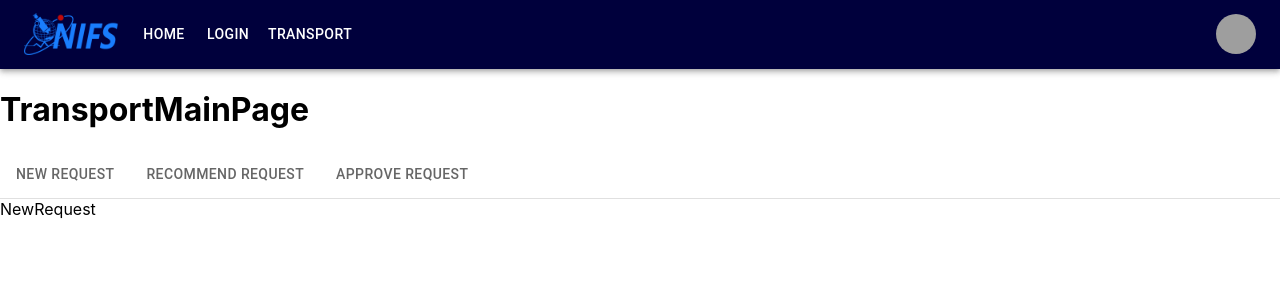
Repository: Ravindu97/NIFS_WebApplication
Page: /transport (app in client/)
These files come from the project's save history. The page is drawn as it stood at one moment and after the next save; the edit follows.
The browser window is 1280 px wide. The pictures show the whole page.
Pictures or frames that could not be fetched are drawn as grey boxes. The project was rebuilt for these pictures with package versions that can differ from the ones it lists, and the page was loaded fresh each time. Also part of the build but not shown: client/src/pages/Home.js, client/src/pages/Login.js, client/src/components/Transport/RecommendedRequest.js, client/src/components/Transport/ApproveRequest.js.

Above is the page before, as saved 2022-06-30 20:17:53.

### client/src/index.css
body {
  margin: 0;
  font-family: -apple-system, BlinkMacSystemFont, 'Segoe UI', 'Roboto', 'Oxygen',
    'Ubuntu', 'Cantarell', 'Fira Sans', 'Droid Sans', 'Helvetica Neue',
    sans-serif;
  -webkit-font-smoothing: antialiased;
  -moz-osx-font-smoothing: grayscale;
}

:root{
  --main-navbar-back: #00003c;

}


.nav-logo{
  width: 100px;
  height: auto;
}

.main-navbar{
  background-color: var(--main-navbar-back) !important;
}

### client/src/App.js
import * as React from 'react';
import { BrowserRouter as Router, Route, Routes } from 'react-router-dom';
import Navbar from './components/shared/Navbar';
import Home from './pages/Home';
import Login from './pages/Login';
import TransportMainPage from './pages/TransportMainPage';

function App() {
	return (
		<div>
			<Router>
				<Navbar />
				<Routes>
					<Route exact path="/" element={<Home />} />
					<Route exact path="/login" element={<Login />} />
					<Route exact path="/transport/*" element={<TransportMainPage />} />
				</Routes>
			</Router>
		</div>
	);
}

export default App;

### client/src/components/shared/Navbar.js
import * as React from 'react';
import AppBar from '@mui/material/AppBar';
import Box from '@mui/material/Box';
import Toolbar from '@mui/material/Toolbar';
import IconButton from '@mui/material/IconButton';
import Typography from '@mui/material/Typography';
import Menu from '@mui/material/Menu';
import MenuIcon from '@mui/icons-material/Menu';
import Container from '@mui/material/Container';
import Avatar from '@mui/material/Avatar';
import Button from '@mui/material/Button';
import Tooltip from '@mui/material/Tooltip';
import MenuItem from '@mui/material/MenuItem';
import { Link } from 'react-router-dom';
import Logo from '../../images/nifs_logo.png';

const Navbar = () => {
	const pages = [
		{
			id: 0,
			title: 'Home',
			link: '/',
		},
		{
			id: 2,
			title: 'Login',
			link: '/login',
		},
		{
			id: 2,
			title: 'Transport',
			link: '/transport',
		},
	];

	const settings = [
		{
			id: 0,
			title: 'Home',
			link: '/',
		},
		{
			id: 2,
			title: 'Login',
			link: '/login',
		},
		{
			id: 2,
			title: 'Transport',
			link: '/transport',
		},
	];

	const [anchorElNav, setAnchorElNav] = React.useState(null);
	const [anchorElUser, setAnchorElUser] = React.useState(null);

	const handleOpenNavMenu = (event) => {
		setAnchorElNav(event.currentTarget);
	};
	const handleOpenUserMenu = (event) => {
		setAnchorElUser(event.currentTarget);
	};

	const handleCloseNavMenu = () => {
		setAnchorElNav(null);
	};

	const handleCloseUserMenu = () => {
		setAnchorElUser(null);
	};

	return (
		<AppBar position="static" className="main-navbar">
			<Container maxWidth="xl">
				<Toolbar disableGutters>
					{/* <AdbIcon sx={{ display: { xs: 'none', md: 'flex' }, mr: 1 }} /> */}
					<Box sx={{ display: { xs: 'none', md: 'flex' }, mr: 1 }}>
						<img src={Logo} alt="logo" className="nav-logo" />
					</Box>

					<Box sx={{ flexGrow: 1, display: { xs: 'flex', md: 'none' } }}>
						<IconButton
							size="large"
							aria-label="account of current user"
							aria-controls="menu-appbar"
							aria-haspopup="true"
							onClick={handleOpenNavMenu}
							color="inherit"
						>
							<MenuIcon />
						</IconButton>
						<Menu
							id="menu-appbar"
							anchorEl={anchorElNav}
							anchorOrigin={{
								vertical: 'bottom',
								horizontal: 'left',
							}}
							keepMounted
							transformOrigin={{
								vertical: 'top',
								horizontal: 'left',
							}}
							open={Boolean(anchorElNav)}
							onClose={handleCloseNavMenu}
							sx={{
								display: { xs: 'block', md: 'none' },
							}}
						>
							{pages &&
								pages.map((page) => (
									<MenuItem key={page.id} onClick={handleCloseNavMenu}>
										<Link to={page.link} style={{ textDecoration: 'none' }}>
											<Typography textAlign="center">{page.title}</Typography>
										</Link>
									</MenuItem>
								))}
						</Menu>
					</Box>

					<Box
						sx={{
							mr: 2,
							display: { xs: 'flex', md: 'none' },
							flexGrow: 1,
						}}
					>
						<img src={Logo} alt="logo" className="nav-logo" />
					</Box>

					<Box sx={{ flexGrow: 1, display: { xs: 'none', md: 'flex' } }}>
						{pages &&
							pages.map((page) => (
								<Link to={page.link} style={{ textDecoration: 'none' }}>
									<Button
										key={page.id}
										onClick={handleCloseNavMenu}
										sx={{ my: 2, color: 'white', display: 'block' }}
									>
										{page.title}
									</Button>
								</Link>
							))}
					</Box>

					<Box sx={{ flexGrow: 0 }}>
						<Tooltip title="Open settings">
							<IconButton onClick={handleOpenUserMenu} sx={{ p: 0 }}>
								<Avatar
									alt="Remy Sharp"
									src="https://images.unsplash.com/photo-1566753323558-f4e0952af115?ixlib=rb-1.2.1&ixid=MnwxMjA3fDB8MHxzZWFyY2h8MXx8bWFsZXxlbnwwfHwwfHw%3D&w=1000&q=80"
								/>
							</IconButton>
						</Tooltip>
						<Menu
							sx={{ mt: '45px' }}
							id="menu-appbar"
							anchorEl={anchorElUser}
							anchorOrigin={{
								vertical: 'top',
								horizontal: 'right',
							}}
							keepMounted
							transformOrigin={{
								vertical: 'top',
								horizontal: 'right',
							}}
							open={Boolean(anchorElUser)}
							onClose={handleCloseUserMenu}
						>
							{settings.map((setting) => (
								<MenuItem key={setting.id} onClick={handleCloseUserMenu}>
									<Typography textAlign="center">{setting.title}</Typography>
								</MenuItem>
							))}
						</Menu>
					</Box>
				</Toolbar>
			</Container>
		</AppBar>
	);
};
export default Navbar;

### client/src/pages/TransportMainPage.js
import React from 'react';
import Tabs from '@mui/material/Tabs';
import Tab from '@mui/material/Tab';
import Box from '@mui/material/Box';
import { Link } from 'react-router-dom';
import TransportNavbar from '../components/Transport/shared/TransportNavbar';
import { Route, Routes } from 'react-router-dom';
import NewRequest from '../components/Transport/NewRequest';
import RecommendedRequest from '../components/Transport/RecommendedRequest';
import ApproveRequest from '../components/Transport/ApproveRequest';

function TransportMainPage() {
	const pages = [
		{
			id: 0,
			title: 'New Request',
			link: '/transport',
		},
		{
			id: 2,
			title: 'Recommend Request',
			link: '/transport/recommend',
		},
		{
			id: 2,
			title: 'Approve Request',
			link: '/transport/approve',
		},
	];
	return (
		<div>
			<h1>TransportMainPage</h1>
			<TransportNavbar />
			<Routes>
				<Route exact path="/" element={<NewRequest />} />
				<Route exact path="/recommend" element={<RecommendedRequest />} />
				<Route exact path="/approve" element={<ApproveRequest />} />
			</Routes>
		</div>
	);
}

export default TransportMainPage;

### client/src/components/Transport/shared/TransportNavbar.js
import * as React from 'react';
import Tabs from '@mui/material/Tabs';
import Tab from '@mui/material/Tab';
import Box from '@mui/material/Box';
import { Link } from 'react-router-dom';

export default function TransportNavbar() {
	const pages = [
		{
			id: 0,
			title: 'New Request',
			link: '/transport',
		},
		{
			id: 2,
			title: 'Recommend Request',
			link: '/transport/recommend',
		},
		{
			id: 2,
			title: 'Approve Request',
			link: '/transport/approve',
		},
	];

	return (
		<Box sx={{ width: '100%' }}>
			<Box sx={{ borderBottom: 1, borderColor: 'divider' }}>
				<Tabs>
					{pages &&
						pages.map((page) => (
							<Tab
								key={page.id}
								label={page.title}
								value={page.link}
								component={Link}
								to={page.link}
							/>
						))}
				</Tabs>
			</Box>
		</Box>
	);
}

### client/src/components/Transport/NewRequest.js
import React from 'react';

function NewRequest() {
	return <div>NewRequest</div>;
}

export default NewRequest;

Loaded but not shown: client/src/index.js (common file); client/src/reportWebVitals.js (common file)

After the next save:
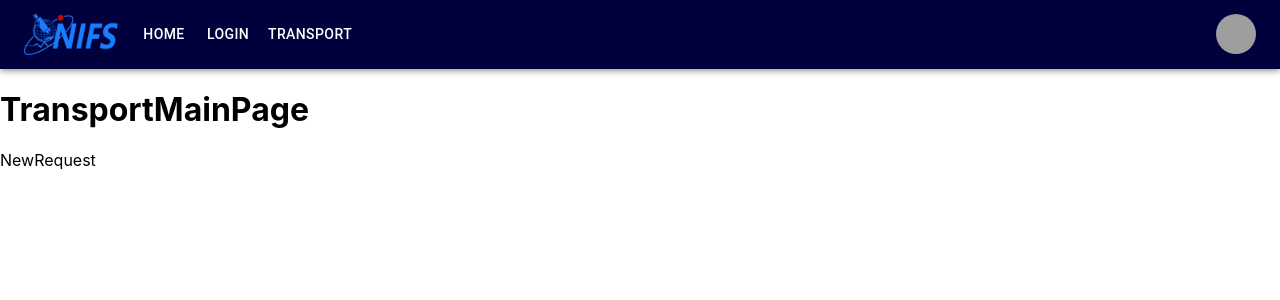
Saved 17 min 23 s later.
--- a/client/src/pages/TransportMainPage.js
+++ b/client/src/pages/TransportMainPage.js
@@ -30,9 +30,31 @@ function TransportMainPage() {
 	return (
 		<div>
 			<h1>TransportMainPage</h1>
-			<TransportNavbar />
+			{/* <TransportNavbar /> */}
 			<Routes>
-				<Route exact path="/" element={<NewRequest />} />
+				<Route
+					exact
+					path="/"
+					element={<NewRequest />}
+					render={() => (
+						<Box sx={{ width: '100%' }}>
+							<Box sx={{ borderBottom: 1, borderColor: 'divider' }}>
+								<Tabs>
+									{pages &&
+										pages.map((page) => (
+											<Tab
+												key={page.id}
+												label={page.title}
+												value={page.link}
+												component={Link}
+												to={page.link}
+											/>
+										))}
+								</Tabs>
+							</Box>
+						</Box>
+					)}
+				/>
 				<Route exact path="/recommend" element={<RecommendedRequest />} />
 				<Route exact path="/approve" element={<ApproveRequest />} />
 			</Routes>
